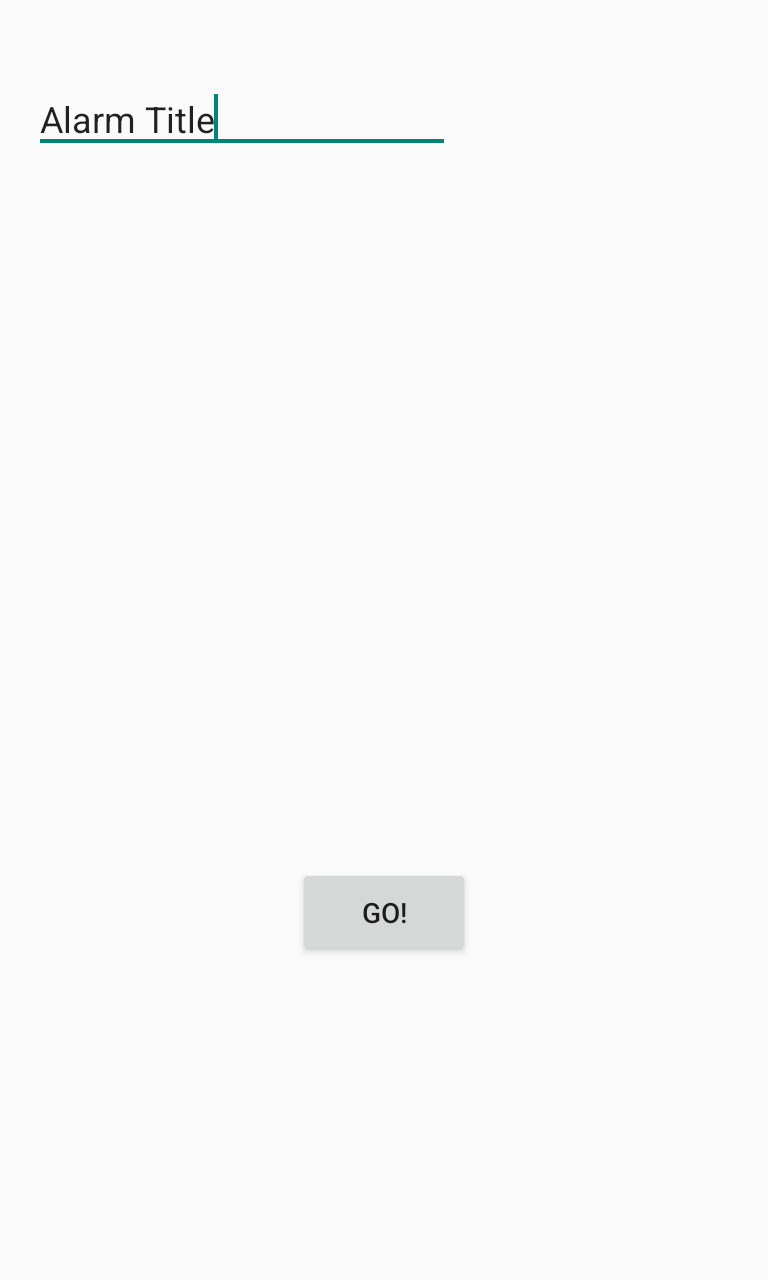
Repository: PaulAlfred/Android_Exercises
Layout: InputControls/res/layout/activity_input_controls.xml
The author's editor kept a copy of each file at every save. The layout is drawn from the files as they stood at one save, then again after the next save.
It is drawn on a 768 x 1280 px phone screen (xhdpi) without system bars, with theme AppTheme; the app's code is not run.

Above is the layout before, as saved 2014-10-27 03:13:56.

### InputControls/res/layout/activity_input_controls.xml
<RelativeLayout xmlns:android="http://schemas.android.com/apk/res/android"
    xmlns:tools="http://schemas.android.com/tools"
    android:layout_width="match_parent"
    android:layout_height="match_parent"
    android:paddingBottom="@dimen/activity_vertical_margin"
    android:paddingLeft="@dimen/activity_horizontal_margin"
    android:paddingRight="@dimen/activity_horizontal_margin"
    android:paddingTop="@dimen/activity_vertical_margin"
    tools:context="com.android.developer.inputcontrols.InputControlsActivity" >

    <TextView
        android:id="@+id/textView2"
        android:layout_width="wrap_content"
        android:layout_height="wrap_content" >
    </TextView>

    <Button
        android:id="@+id/button1"
        android:layout_width="wrap_content"
        android:layout_height="wrap_content"
        android:layout_alignParentBottom="true"
        android:layout_centerHorizontal="true"
        android:layout_marginBottom="144dp"
        android:text="@string/go" />

    <EditText
        android:id="@+id/editText1"
        android:layout_width="wrap_content"
        android:layout_height="wrap_content"
        android:layout_alignParentLeft="true"
        android:layout_alignTop="@+id/textView2"
        android:layout_marginTop="21dp"
        android:ems="10"
        android:imeOptions="actionSend"
        android:inputType="text"
        android:text="Alarm Title" >

        <requestFocus />
    </EditText>

</RelativeLayout>

### InputControls/res/values/strings.xml
<?xml version="1.0" encoding="utf-8"?>
<resources>

    <string name="app_name">InputControls</string>
    <string name="hello_world">Hello world!</string>
    <string name="action_settings">Settings</string>
	<string name="go">Go!</string>
</resources>

Loaded but not shown: InputControls/res/values/styles.xml (common file); InputControls/res/values-v11/styles.xml (common file); InputControls/res/values-v14/styles.xml (common file); InputControls/res/values/dimens.xml (common file); InputControls/res/values-w820dp/dimens.xml (common file)

After the next save:
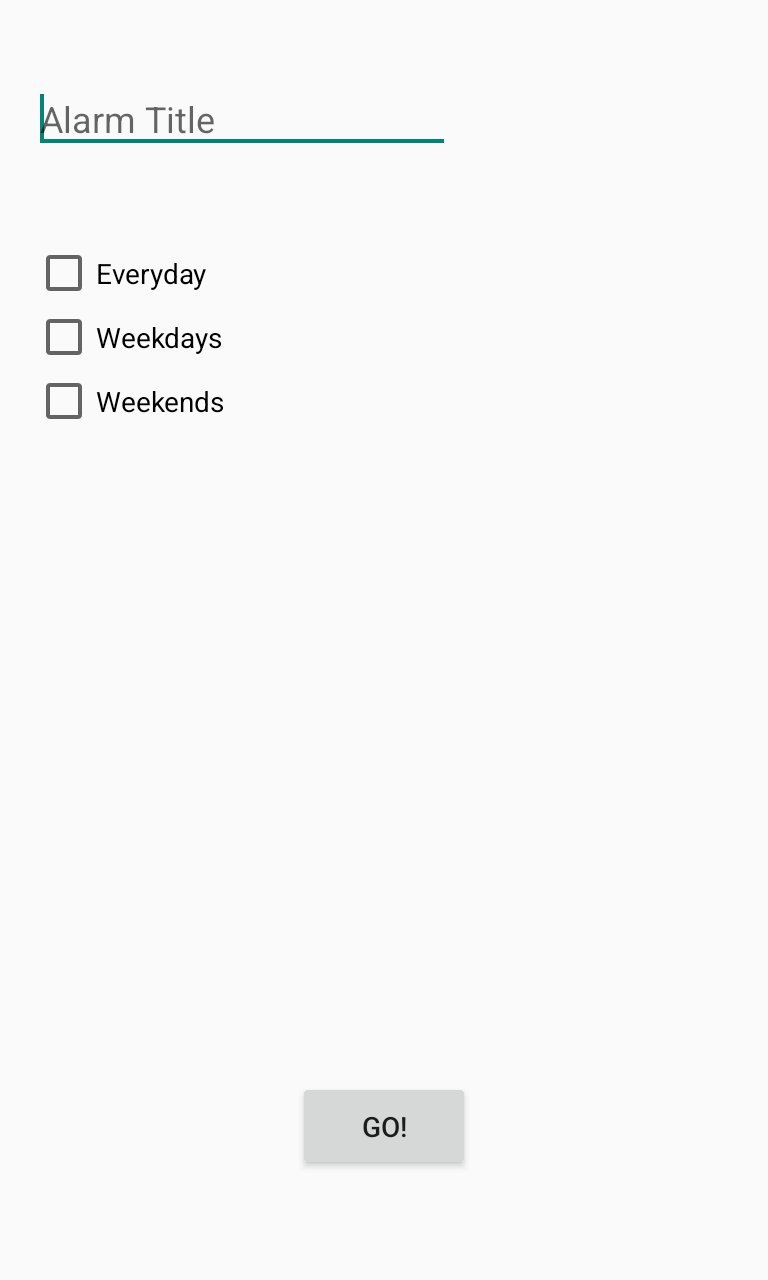
Saved 10 min 2 s later.
--- a/InputControls/res/layout/activity_input_controls.xml
+++ b/InputControls/res/layout/activity_input_controls.xml
@@ -14,15 +14,6 @@
         android:layout_height="wrap_content" >
     </TextView>
 
-    <Button
-        android:id="@+id/button1"
-        android:layout_width="wrap_content"
-        android:layout_height="wrap_content"
-        android:layout_alignParentBottom="true"
-        android:layout_centerHorizontal="true"
-        android:layout_marginBottom="144dp"
-        android:text="@string/go" />
-
     <EditText
         android:id="@+id/editText1"
         android:layout_width="wrap_content"
@@ -31,11 +22,45 @@
         android:layout_alignTop="@+id/textView2"
         android:layout_marginTop="21dp"
         android:ems="10"
+        android:hint="Alarm Title"
         android:imeOptions="actionSend"
-        android:inputType="text"
-        android:text="Alarm Title" >
+        android:inputType="text" >
 
         <requestFocus />
     </EditText>
 
+    <CheckBox
+        android:id="@+id/checkBox1"
+        android:layout_width="wrap_content"
+        android:layout_height="wrap_content"
+        android:layout_below="@+id/editText1"
+        android:layout_marginTop="42dp"
+        android:layout_toRightOf="@+id/textView2"
+        android:text="Everyday" />
+
+    <Button
+        android:id="@+id/button1"
+        android:layout_width="wrap_content"
+        android:layout_height="wrap_content"
+        android:layout_alignParentBottom="true"
+        android:layout_centerHorizontal="true"
+        android:layout_marginBottom="37dp"
+        android:text="@string/go" />
+
+    <CheckBox
+        android:id="@+id/checkBox2"
+        android:layout_width="wrap_content"
+        android:layout_height="wrap_content"
+        android:layout_alignLeft="@+id/checkBox1"
+        android:layout_below="@+id/checkBox1"
+        android:text="Weekdays" />
+
+    <CheckBox
+        android:id="@+id/checkBox3"
+        android:layout_width="wrap_content"
+        android:layout_height="wrap_content"
+        android:layout_alignLeft="@+id/checkBox2"
+        android:layout_below="@+id/checkBox2"
+        android:text="Weekends" />
+
 </RelativeLayout>
